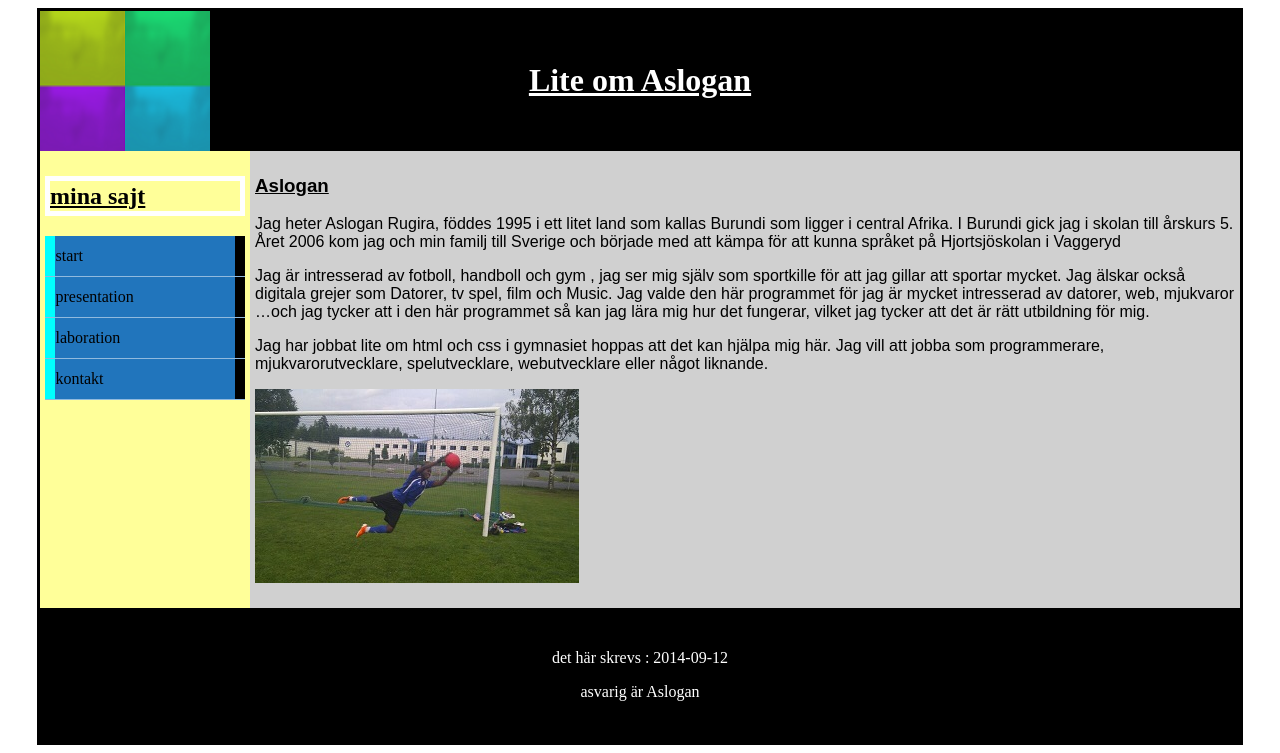
Repository: ar222rk/1IK415-ar222rk-Laboration
Page: pages/presentation.html
The author's editor kept a record of every edit. The page is drawn from the files as they stood at one moment, then again after the next edit.
The browser window is 1280 px wide. The pictures show the whole page.

Above is the page before.

### pages/presentation.html
<!doctype HTML>
<html lang="sv">
    <head>
     <meta charset="utf-8"/>

       <title> Presentation </title>

        <link href="../pics/styles.css" rel="stylesheet" type="text/css">
    </head>


 <body>
  <div id="container">
                <div id ="header">
                <h1>  Lite om Aslogan </h1>
                </div>

    <div id="nav">

                  <h2> mina sajt</h2>
          <ul>
             <li><a href = "../index.html"> start</a></li>
             <li><a href = "presentation.html"> presentation </a></li>
             <li><a href = "laboration.html"> laboration </a></li>
             <li><a href = "kontakt.html"> kontakt</a></li>
         </ul>
    </div>

    <div id="section">
                          <h3>Aslogan</h3>

                <p>Jag heter Aslogan Rugira, föddes 1995 i ett litet land som kallas Burundi som ligger i
                central Afrika. I Burundi gick jag i skolan till årskurs 5.
                Året 2006 kom jag och min familj till Sverige och
                började med att kämpa för att kunna språket på Hjortsjöskolan i Vaggeryd</p>
                <p> Jag är intresserad av fotboll, handboll och gym , jag ser mig själv som sportkille för att jag gillar att sportar mycket.
                Jag älskar också digitala grejer som Datorer,
                tv spel, film och Music. Jag valde den här programmet för jag är mycket intresserad av
                datorer, web, mjukvaror …och jag tycker att i den här programmet så kan jag lära mig hur det fungerar,
                vilket jag tycker att det är rätt utbildning för mig.</p>
                Jag har jobbat lite om html och css i gymnasiet hoppas att det kan hjälpa mig här.
                Jag vill att jobba som programmerare, mjukvarorutvecklare, spelutvecklare, webutvecklare eller något liknande.</p>

        <p><img src="../pics/aslan.jpg"   alt ="spelar fotboll"/></p>
        <a id="aslan"></a>
    </div>


         <div id="footer">
                <p>det här skrevs : 2014-09-12 </p>
                <p> asvarig är Aslogan</p>
         </div>
    </div>

 </body>



</html>

### pics/styles.css




#header {
     background-color:black;
    color:white;
    text-align:center;
    padding:30px;
    background-image: url(aslo.png);
    background-position:top left;
    background-repeat:no-repeat;
    background-size:170px 150px;

}


 #nav {
    line-height:30px;
    width:200px;
    float:left;
    padding:5px;
	margin-bottom: 100px;

}


#nav ul {
	list-style: none;
	margin: 0;
	padding: 0;
	border: none;
}

#nav li {
	border-bottom: 1px solid #90bade;
	margin: 0;
	list-style: none;
	list-style-image: none;
}

#nav li a {
	display: block;
	padding: 5px 5px 5px 0.5px;
	border-left: 10px solid #00FFFF	;
	border-right: 10px solid #000000;
	background-color: #2175bc;
	color: #000;
	text-decoration: none;
	width: 100%;
}

html>body #nav li a {
	width: auto;
}

#nav li a:hover {
	border-left: 10px solid #1c64d1;
	border-right: 10px solid #FF0000;
	background-color: #000000;
	color: #fff;
}


#section {
    float:left;
    width:980px;
    background-color:#D0D0D0;
    padding:5px;
    font-family: Arial, Helvetica, sans-serif;
}

#container{
     height:auto;
     width:1200px;
     border-style:solid;
     background-color:#FFFF99;
      margin:0 auto;

}


#footer{
    background-color:black;
    color:white;
    clear:both;
    text-align:center;
    padding:25px
}



h3 {
    text-decoration: underline;


}
h1 {
    text-decoration:underline;
}

h2 {
    text-decoration: underline;
     border-style: solid;
     border-width: 5px;
     border-color: #FFFFFF;

}

.lion {
     float:right;
     border-style: solid;
     border-width: 10px;
     border-color: black;
}

After the next edit:
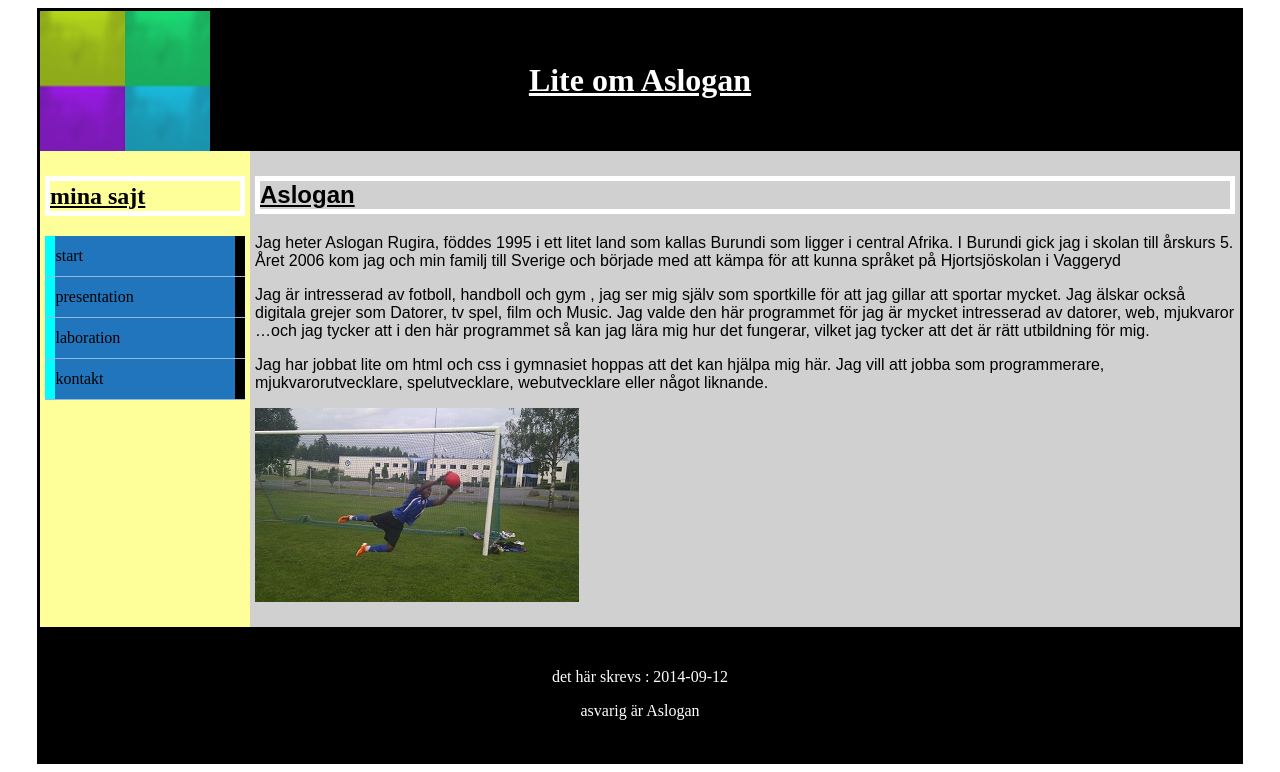
The edit:
--- a/pages/presentation.html
+++ b/pages/presentation.html
@@ -27,7 +27,7 @@
     </div>
 
     <div id="section">
-                          <h3>Aslogan</h3>
+                          <h2>Aslogan</h2>
 
                 <p>Jag heter Aslogan Rugira, föddes 1995 i ett litet land som kallas Burundi som ligger i
                 central Afrika. I Burundi gick jag i skolan till årskurs 5.
